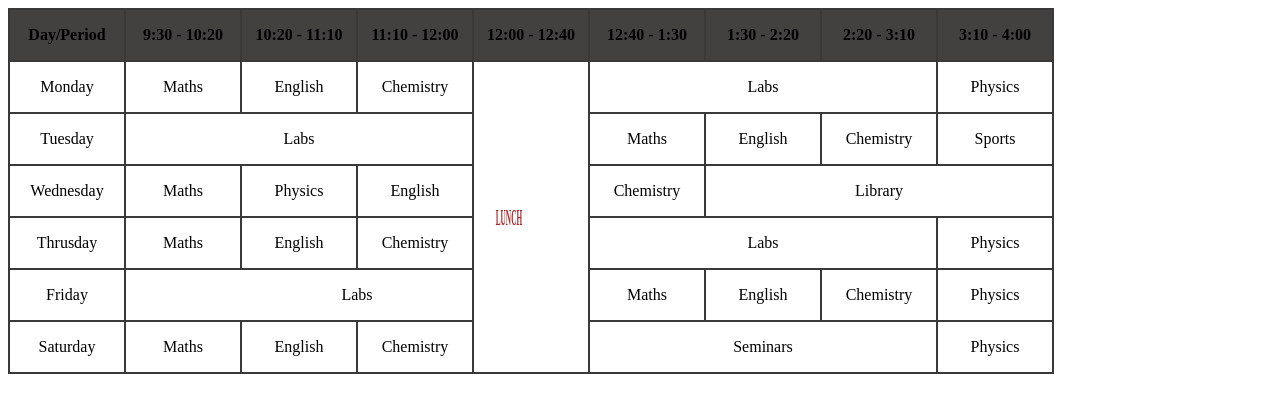
Repository: nir-github01/Html
Page: assign1-table.html
These files come from the project's save history. The page is drawn as it stood at one moment and after the next save; the edit follows.
The browser window is 1280 px wide. The pictures show the whole page.

Above is the page before, as saved 2022-09-27 20:18:15.

After the next save:
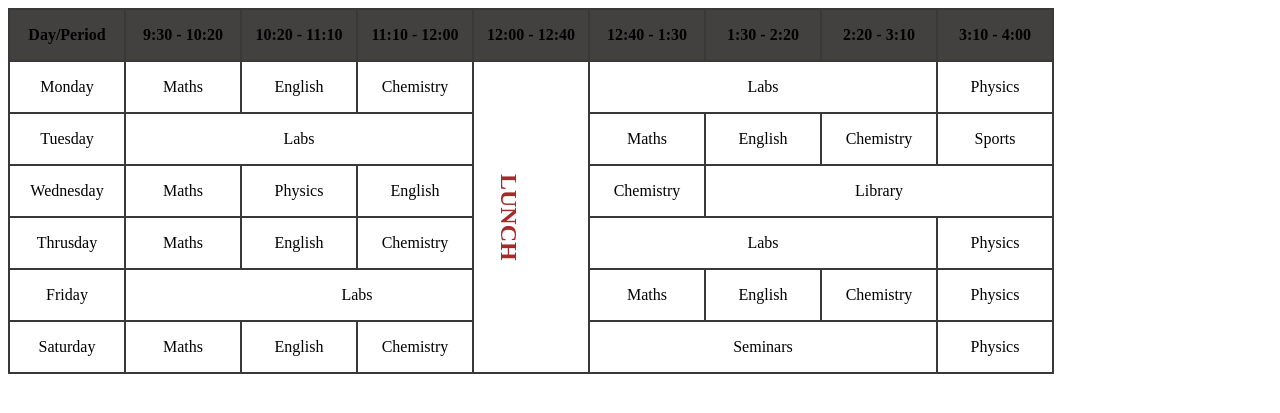
Saved 19 s later.
--- a/assign1-table.html
+++ b/assign1-table.html
@@ -25,7 +25,7 @@
         }
         h2{
             writing-mode: vertical-lr;
-            text-combine-upright:all;
+
             color: brown;
         }
     </style>
